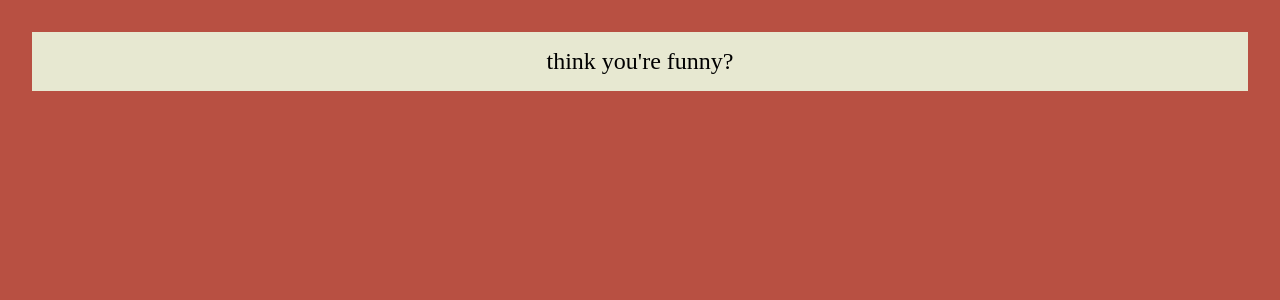
Repository: elchananChen/joke-api
Page: Client/index.html
These files come from the project's save history. The page is drawn as it stood at one moment and after the next save; the edit follows.
The browser window is 1280 px wide. The pictures show the whole page.
The page's requests for data from a server got no answer.

Above is the page before, as saved 2024-11-05 01:43:38.
Console error: TypeError: Cannot read properties of undefined (reading 'forEach')

After the next save:
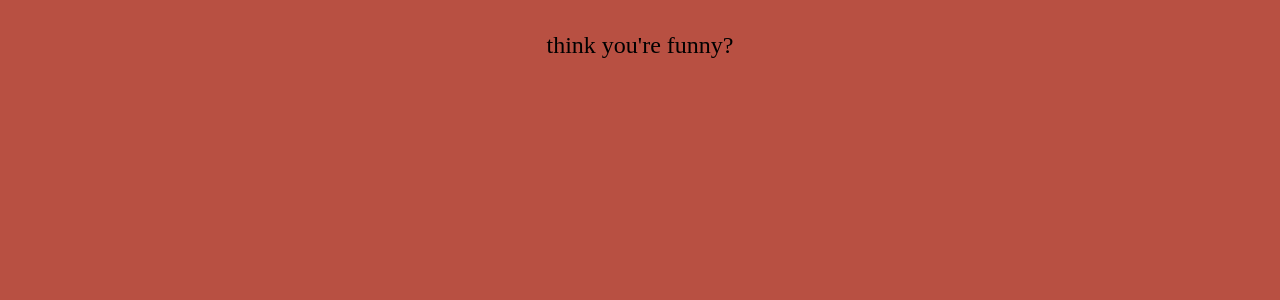
Saved 5 min 12 s later.
--- a/Client/index.html
+++ b/Client/index.html
@@ -8,8 +8,8 @@
   </head>
   <body>
     <article>
-      <div class="wrapper">
-        <div class="secondery-wrapper">
+      <div class="outer-wrapper">
+        <div class="inner-wrapper">
           <header>
             <h1>think you're funny?</h1>
           </header>

After the save that followed:
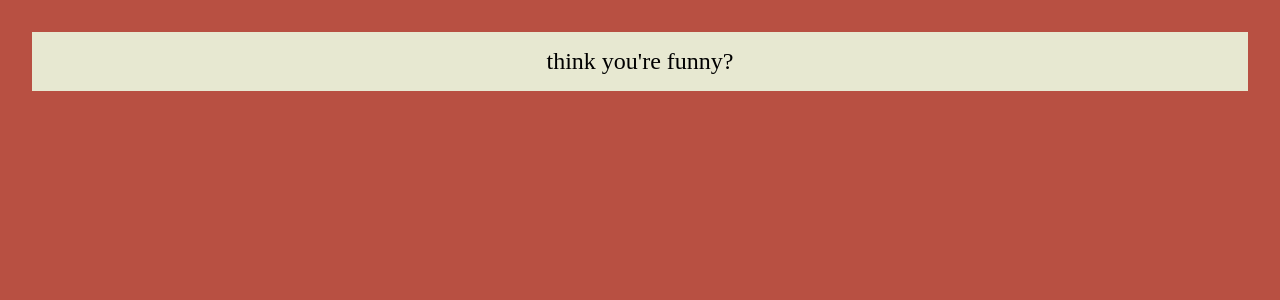
Saved 11 s later.
--- a/Client/styles.css
+++ b/Client/styles.css
@@ -8,7 +8,7 @@ article {
   padding: 2rem;
 }
 
-.wrapper {
+.outer-wrapper {
   height: 100%;
   width: 100%;
   background-color: var(--color-yellow-green-100);
